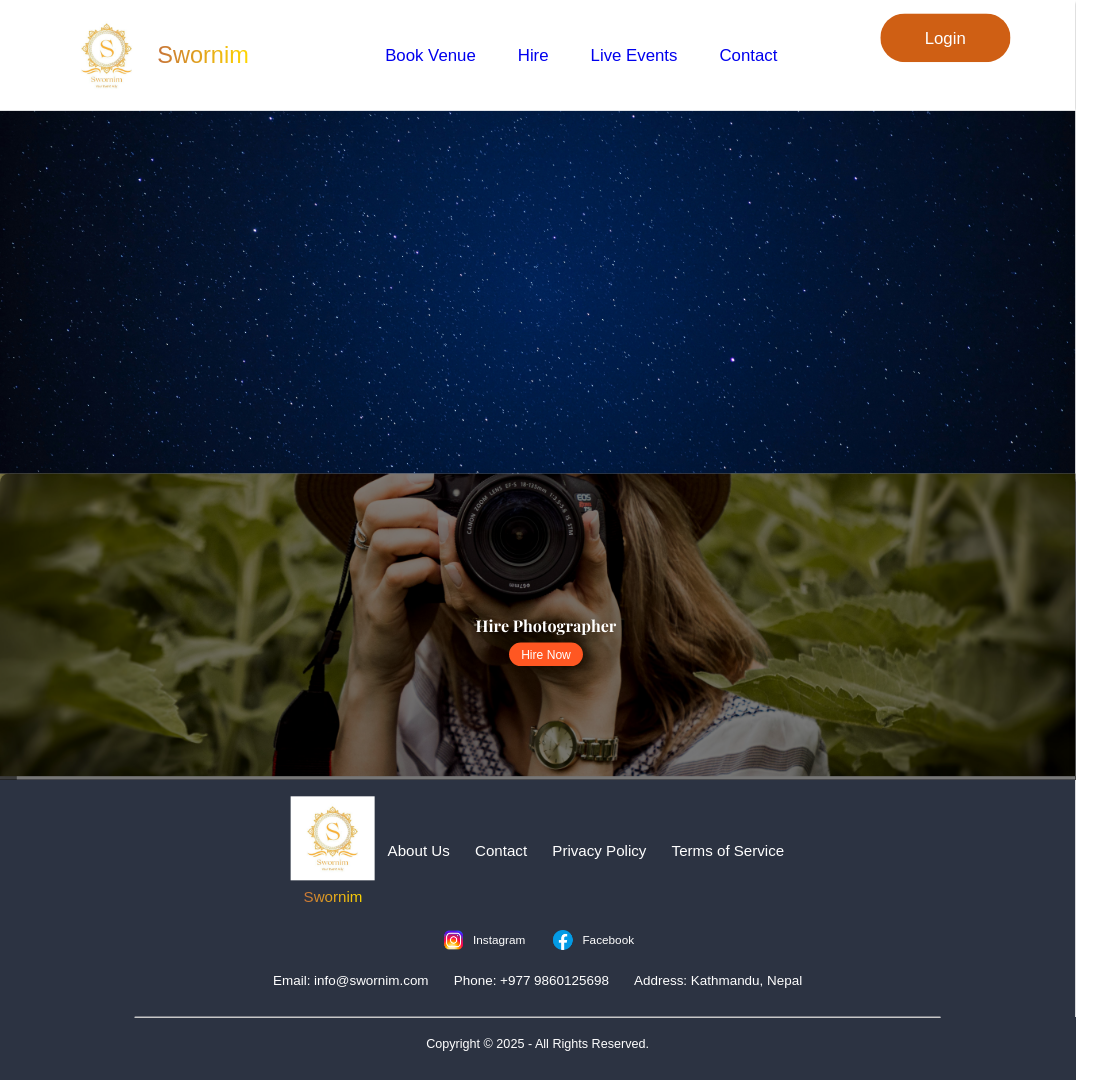
Repository: leonischu/Swornim
Page: / (app in frontend/)
These files come from the project's save history. The page is drawn as it stood at one moment and after the next save; the edit follows.
The browser window is 1280 px wide. The page is 1280 px wide, then 1305 px, then 1280 px, so the pictures cover 1305 px, including what lies to the right of the window. The pictures show the whole page, at 84% of full size.
Pictures or frames that could not be fetched are drawn as grey boxes. The project was rebuilt for these pictures with package versions that can differ from the ones it lists, and the page was loaded fresh each time. Also part of the build but not shown: frontend/src/App.css, frontend/src/Pages/Contact.jsx, frontend/src/Pages/LoginSignup.jsx.

Above is the page before, as saved 2025-06-01 21:09:07.

After the next save:
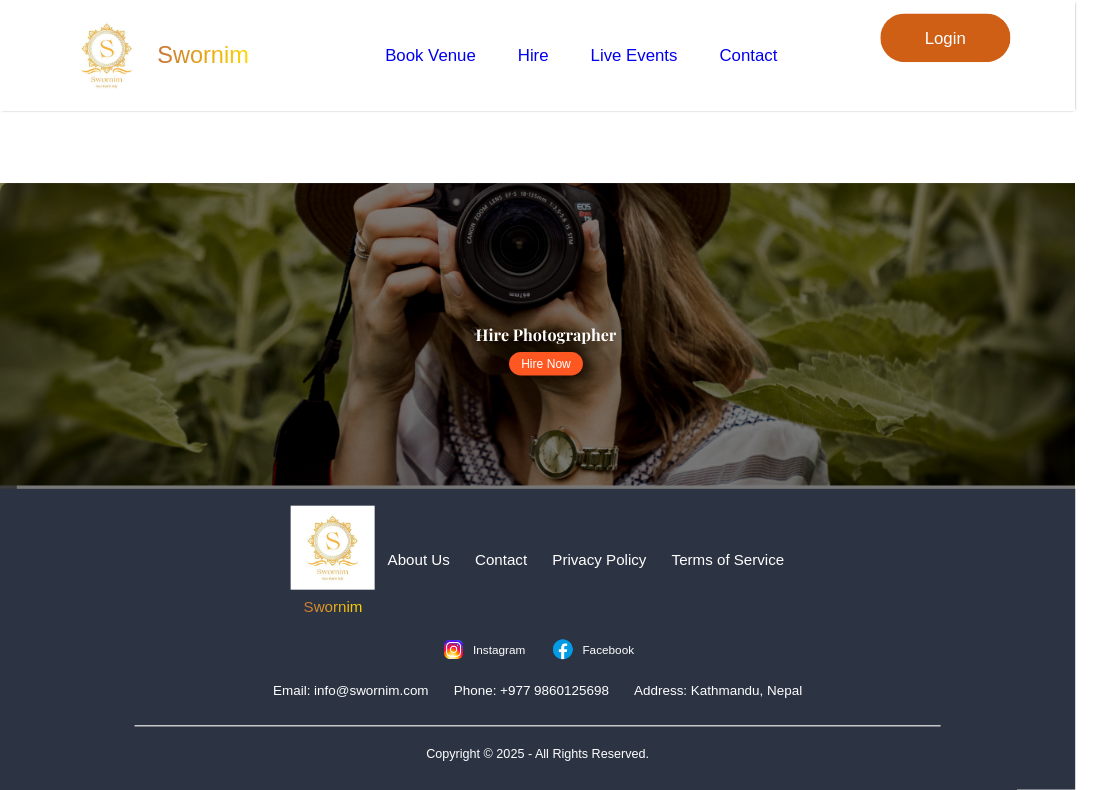
Saved 2 min 59 s later.
--- a/frontend/src/Components/Clients/Clients.jsx
+++ b/frontend/src/Components/Clients/Clients.jsx
@@ -1,8 +1,72 @@
-import React from 'react';
+// import React from 'react';
+// import Slider from "react-slick";
+// import "slick-carousel/slick/slick.css";
+// import "slick-carousel/slick/slick-theme.css";
+// import "./Clients.css";
+
+// const Clients = () => {
+//   const settings = {
+//     dots: true,
+//     infinite: true,
+//     speed: 1000,
+//     slidesToShow: 1,
+//     slidesToScroll: 1,
+//     autoplay: true,
+//     autoplaySpeed: 5000,
+//     pauseOnHover: true,
+//   };
+
+//   const testimonials = [
+//     {
+//       name: "Serena Sharma",
+//       saying: "Swornim made my wedding unforgettable! Their attention to detail was amazing.",
+//       image: require("../Assets/serena_sharma.jpg"),
+//     },
+//     {
+//       name: "Priyanka Karki",
+//       saying: "Ayanka's birthday was a magical day, thanks to the incredible team of Swornim. From the beautiful decor to the perfectly organized activities, everything was flawless. Seeing her eyes light up with joy was the best gift I could ask for as a mother!",
+//       image: require("../Assets/priyanka_karki.jpg"),
+//     },
+//     {
+//       name: "Aarav Khadka",
+//       saying: "The team went above and beyond for our corporate event. Simply the best!",
+//       image: require("../Assets/aarav_khadka.jpg"),
+//     },
+//   ];
+
+//   const backgroundImage = require("../Assets/testimonial_bg.jpg");
+
+//   return (
+//     <div
+//       className="testimonial-carousel-container"
+//       style={{ backgroundImage: `url(${backgroundImage})` }}
+//     >
+//       <Slider {...settings}>
+//         {testimonials.map((client, index) => (
+//           <div key={index} className="testimonial-slide">
+//             <div className="testimonial-overlay">
+//               <img
+//                 src={client.image}
+//                 alt={client.name}
+//                 className="testimonial-client-image"
+//               />
+//               <div className="testimonial-info">
+//                 <h3 className="testimonial-client-name">{client.name}</h3>
+//                 <div className="testimonial-cloud">
+//                   <p>{client.saying}</p>
+//                 </div>
+//               </div>
+//             </div>
+//           </div>
+//         ))}
+//       </Slider>
+//     </div>
+//   );
+// };
+
+// export default Clients;
+import React from "react";
 import Slider from "react-slick";
-import "slick-carousel/slick/slick.css";
-import "slick-carousel/slick/slick-theme.css";
-import "./Clients.css";
 
 const Clients = () => {
   const settings = {
@@ -13,54 +77,17 @@
     slidesToScroll: 1,
     autoplay: true,
     autoplaySpeed: 5000,
-    pauseOnHover: true,
   };
 
-  const testimonials = [
-    {
-      name: "Serena Sharma",
-      saying: "Swornim made my wedding unforgettable! Their attention to detail was amazing.",
-      image: require("../Assets/serena_sharma.jpg"),
-    },
-    {
-      name: "Priyanka Karki",
-      saying: "Ayanka's birthday was a magical day, thanks to the incredible team of Swornim. From the beautiful decor to the perfectly organized activities, everything was flawless. Seeing her eyes light up with joy was the best gift I could ask for as a mother!",
-      image: require("../Assets/priyanka_karki.jpg"),
-    },
-    {
-      name: "Aarav Khadka",
-      saying: "The team went above and beyond for our corporate event. Simply the best!",
-      image: require("../Assets/aarav_khadka.jpg"),
-    },
-  ];
-
-  const backgroundImage = require("../Assets/testimonial_bg.jpg");
-
   return (
-    <div
-      className="testimonial-carousel-container"
-      style={{ backgroundImage: `url(${backgroundImage})` }}
-    >
-      <Slider {...settings}>
-        {testimonials.map((client, index) => (
-          <div key={index} className="testimonial-slide">
-            <div className="testimonial-overlay">
-              <img
-                src={client.image}
-                alt={client.name}
-                className="testimonial-client-image"
-              />
-              <div className="testimonial-info">
-                <h3 className="testimonial-client-name">{client.name}</h3>
-                <div className="testimonial-cloud">
-                  <p>{client.saying}</p>
-                </div>
-              </div>
-            </div>
-          </div>
-        ))}
-      </Slider>
-    </div>
+    <Slider {...settings}>
+      <div>
+        <h1 style={{ color: "white" }}>Slide 1</h1>
+      </div>
+      <div>
+        <h1 style={{ color: "white" }}>Slide 2</h1>
+      </div>
+    </Slider>
   );
 };
 

After the save that followed:
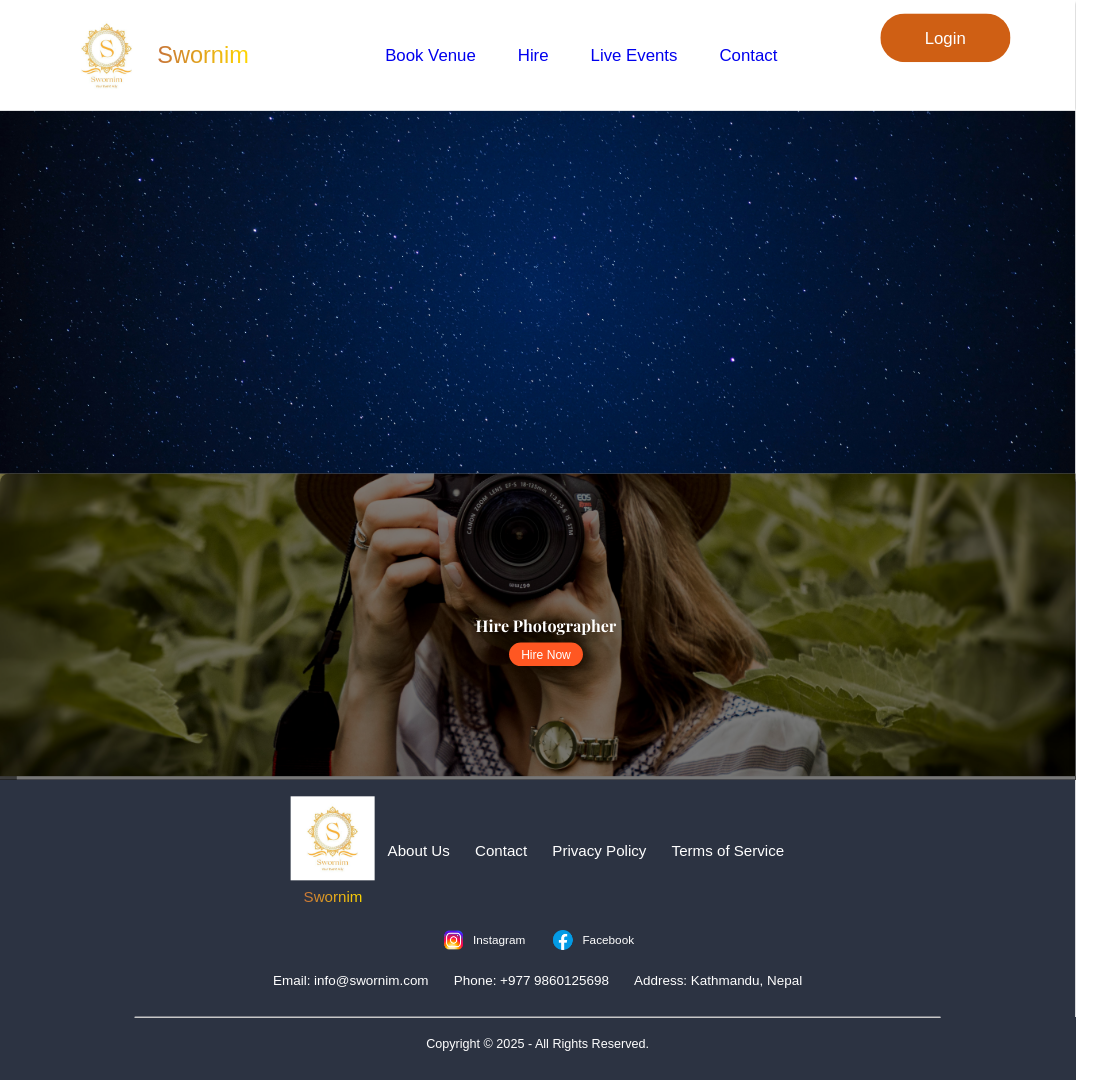
Saved 24 s later.
--- a/frontend/src/Components/Clients/Clients.jsx
+++ b/frontend/src/Components/Clients/Clients.jsx
@@ -1,72 +1,8 @@
-// import React from 'react';
-// import Slider from "react-slick";
-// import "slick-carousel/slick/slick.css";
-// import "slick-carousel/slick/slick-theme.css";
-// import "./Clients.css";
-
-// const Clients = () => {
-//   const settings = {
-//     dots: true,
-//     infinite: true,
-//     speed: 1000,
-//     slidesToShow: 1,
-//     slidesToScroll: 1,
-//     autoplay: true,
-//     autoplaySpeed: 5000,
-//     pauseOnHover: true,
-//   };
-
-//   const testimonials = [
-//     {
-//       name: "Serena Sharma",
-//       saying: "Swornim made my wedding unforgettable! Their attention to detail was amazing.",
-//       image: require("../Assets/serena_sharma.jpg"),
-//     },
-//     {
-//       name: "Priyanka Karki",
-//       saying: "Ayanka's birthday was a magical day, thanks to the incredible team of Swornim. From the beautiful decor to the perfectly organized activities, everything was flawless. Seeing her eyes light up with joy was the best gift I could ask for as a mother!",
-//       image: require("../Assets/priyanka_karki.jpg"),
-//     },
-//     {
-//       name: "Aarav Khadka",
-//       saying: "The team went above and beyond for our corporate event. Simply the best!",
-//       image: require("../Assets/aarav_khadka.jpg"),
-//     },
-//   ];
-
-//   const backgroundImage = require("../Assets/testimonial_bg.jpg");
-
-//   return (
-//     <div
-//       className="testimonial-carousel-container"
-//       style={{ backgroundImage: `url(${backgroundImage})` }}
-//     >
-//       <Slider {...settings}>
-//         {testimonials.map((client, index) => (
-//           <div key={index} className="testimonial-slide">
-//             <div className="testimonial-overlay">
-//               <img
-//                 src={client.image}
-//                 alt={client.name}
-//                 className="testimonial-client-image"
-//               />
-//               <div className="testimonial-info">
-//                 <h3 className="testimonial-client-name">{client.name}</h3>
-//                 <div className="testimonial-cloud">
-//                   <p>{client.saying}</p>
-//                 </div>
-//               </div>
-//             </div>
-//           </div>
-//         ))}
-//       </Slider>
-//     </div>
-//   );
-// };
-
-// export default Clients;
-import React from "react";
+import React from 'react';
 import Slider from "react-slick";
+import "slick-carousel/slick/slick.css";
+import "slick-carousel/slick/slick-theme.css";
+import "./Clients.css";
 
 const Clients = () => {
   const settings = {
@@ -77,17 +13,54 @@
     slidesToScroll: 1,
     autoplay: true,
     autoplaySpeed: 5000,
+    pauseOnHover: true,
   };
 
+  const testimonials = [
+    {
+      name: "Serena Sharma",
+      saying: "Swornim made my wedding unforgettable! Their attention to detail was amazing.",
+      image: require("../Assets/serena_sharma.jpg"),
+    },
+    {
+      name: "Priyanka Karki",
+      saying: "Ayanka's birthday was a magical day, thanks to the incredible team of Swornim. From the beautiful decor to the perfectly organized activities, everything was flawless. Seeing her eyes light up with joy was the best gift I could ask for as a mother!",
+      image: require("../Assets/priyanka_karki.jpg"),
+    },
+    {
+      name: "Aarav Khadka",
+      saying: "The team went above and beyond for our corporate event. Simply the best!",
+      image: require("../Assets/aarav_khadka.jpg"),
+    },
+  ];
+
+  const backgroundImage = require("../Assets/testimonial_bg.jpg");
+
   return (
-    <Slider {...settings}>
-      <div>
-        <h1 style={{ color: "white" }}>Slide 1</h1>
-      </div>
-      <div>
-        <h1 style={{ color: "white" }}>Slide 2</h1>
-      </div>
-    </Slider>
+    <div
+      className="testimonial-carousel-container"
+      style={{ backgroundImage: `url(${backgroundImage})` }}
+    >
+      <Slider {...settings}>
+        {testimonials.map((client, index) => (
+          <div key={index} className="testimonial-slide">
+            <div className="testimonial-overlay">
+              <img
+                src={client.image}
+                alt={client.name}
+                className="testimonial-client-image"
+              />
+              <div className="testimonial-info">
+                <h3 className="testimonial-client-name">{client.name}</h3>
+                <div className="testimonial-cloud">
+                  <p>{client.saying}</p>
+                </div>
+              </div>
+            </div>
+          </div>
+        ))}
+      </Slider>
+    </div>
   );
 };
 
